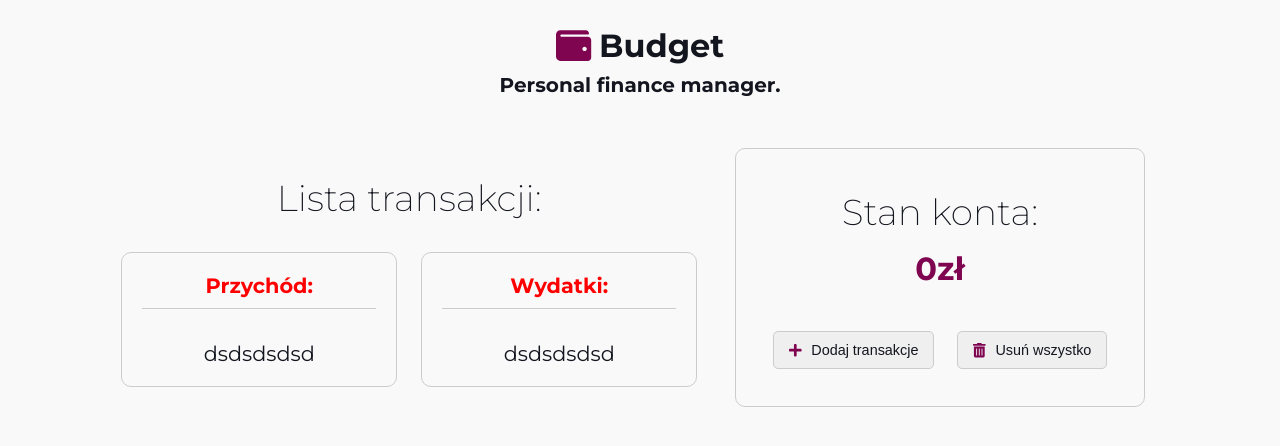
Repository: KrzysKolo/sr_tydzien4_zad4
Page: /
The author's editor kept a copy of each file at every save. The page is drawn from the files as they stood at one save, then again after the next save.
The browser window is 1280 px wide. The pictures show the whole page.
Some web libraries are served in a nearby version. The project was rebuilt for these pictures with package versions that can differ from the ones it lists, and the page was loaded fresh each time. Also part of the build but not shown: src/components/budgetComponents/formComponents/Header.js, src/components/budgetComponents/formComponents/ErrorMessage.js, src/components/budgetComponents/formComponents/Input.js, src/components/budgetComponents/formComponents/Select.js.

Above is the page before, as saved 2020-12-03 21:35:46.

After the next save:
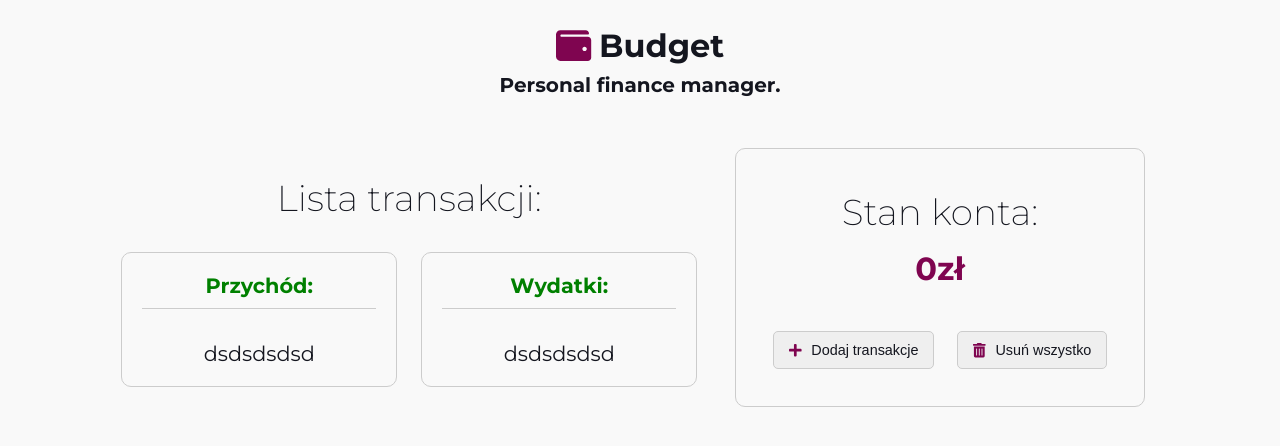
Saved 55 s later.
--- a/src/components/budgetComponents/sectionComponents/H1.js
+++ b/src/components/budgetComponents/sectionComponents/H1.js
@@ -3,7 +3,7 @@
 
 const TitleH1Styles = (title) => `
 border-bottom: 1px solid #ccc;
-color: ${(title==="Przychód") ? 'green' : 'red'};
+color: ${(title !== "Przychód") ? 'green' : 'red'};
 margin-bottom: 2rem;
 padding-bottom: 10px;
 display: block;

After the save that followed:
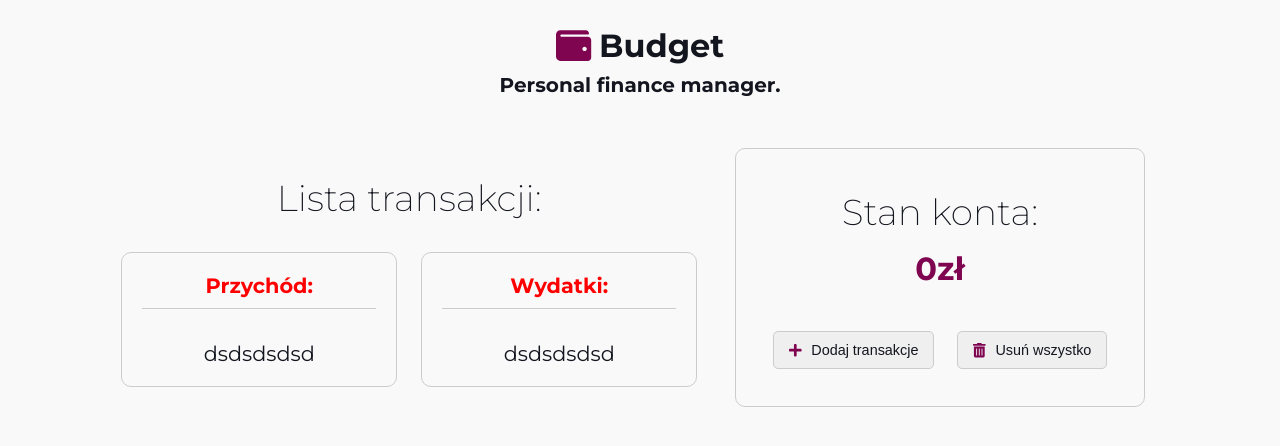
Saved 45 s later.
--- a/src/components/budgetComponents/sectionComponents/H1.js
+++ b/src/components/budgetComponents/sectionComponents/H1.js
@@ -1,9 +1,9 @@
 import React from 'react'
 import styled from 'styled-components';
 
-const TitleH1Styles = (title) => `
+const TitleH1Styles = (label) => `
 border-bottom: 1px solid #ccc;
-color: ${(title !== "Przychód") ? 'green' : 'red'};
+color: ${label ? 'green' : 'red'};
 margin-bottom: 2rem;
 padding-bottom: 10px;
 display: block;
@@ -15,9 +15,9 @@
 `;
 
 const H1 = (props) => {
-    const { title } = props;
+    const { title, label } = props;
     return (
-        <TitleH1>
+        <TitleH1 label={label}>
             {title}:
         </TitleH1>
     )
